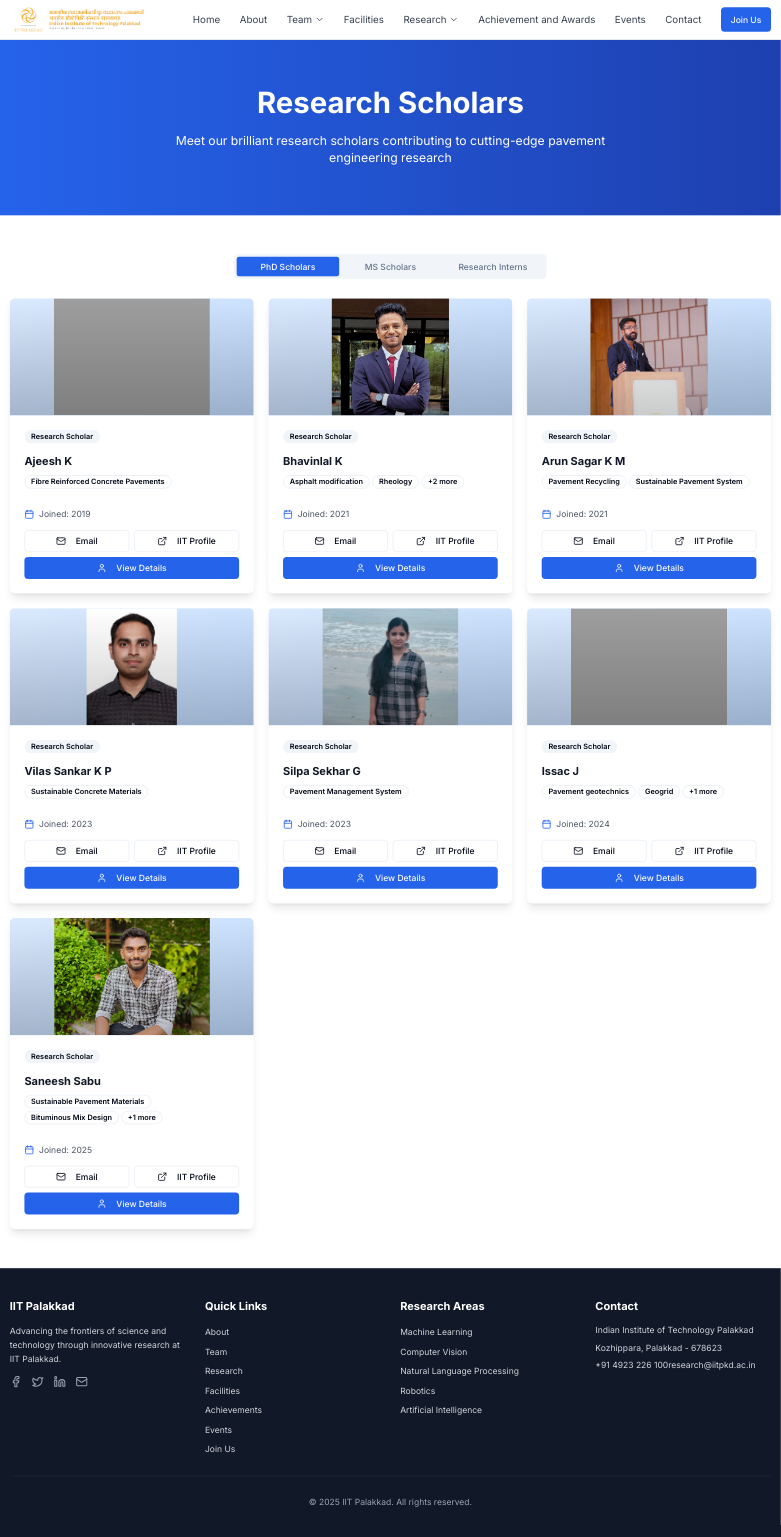
Repository: Gopikrish-30/ARISE
Page: /team/scholars
An editor plug-in stored every save of this project. The page is shown before and after a run of saves, followed by the edit.
The browser window is 1280 px wide. The pictures show the whole page, at 61% of full size.
Pictures or frames that could not be fetched are drawn as grey boxes. The project was rebuilt for these pictures with package versions that can differ from the ones it lists, and the page was loaded fresh each time. The framework's server and built-in components were replaced by stand-ins that run in the browser. Also part of the build but not shown: next.config.mjs, components/ui/dialog.tsx.

Above is the page before, as saved 2025-06-29 15:01:56.

After the next 4 saves:
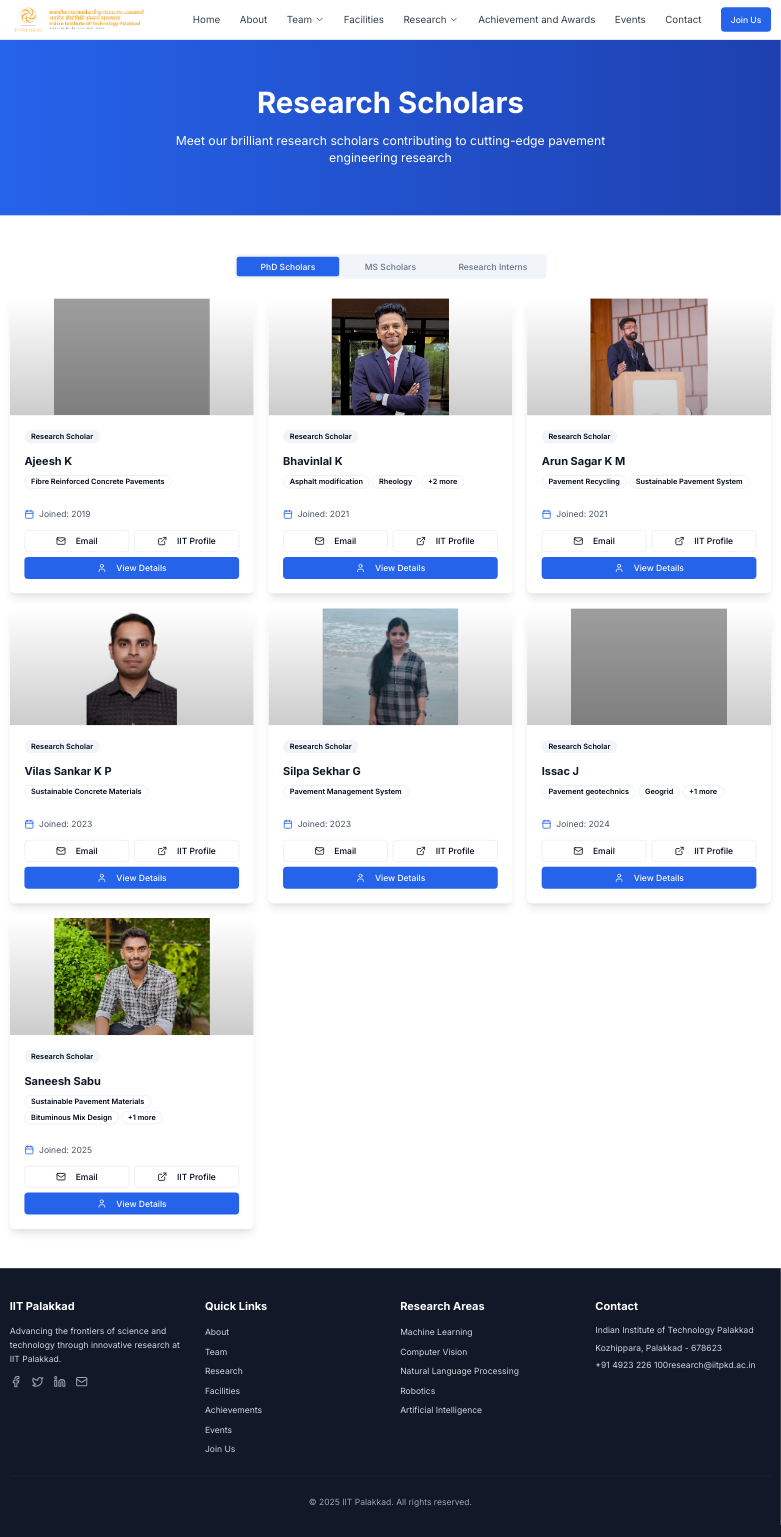
The 4 saves are shown as one change because they came seconds apart.
The last was saved 96 s later.
--- a/components/research-scholars-grid.tsx
+++ b/components/research-scholars-grid.tsx
@@ -129,7 +129,7 @@
   const ScholarCard = ({ scholar, showCompletion = true }: { scholar: any; showCompletion?: boolean }) => (
     <Card className="group overflow-hidden hover:shadow-xl transition-all duration-300 transform hover:-translate-y-1 border-0 shadow-lg">
       {/* Image Section */}
-      <div className="h-48 bg-gradient-to-br from-blue-100 to-blue-200 relative overflow-hidden">
+      <div className="h-48 bg-white relative overflow-hidden">
         <img
           src={scholar.image || "/placeholder.svg?height=300&width=300&text=Scholar"}
           alt={scholar.name}
